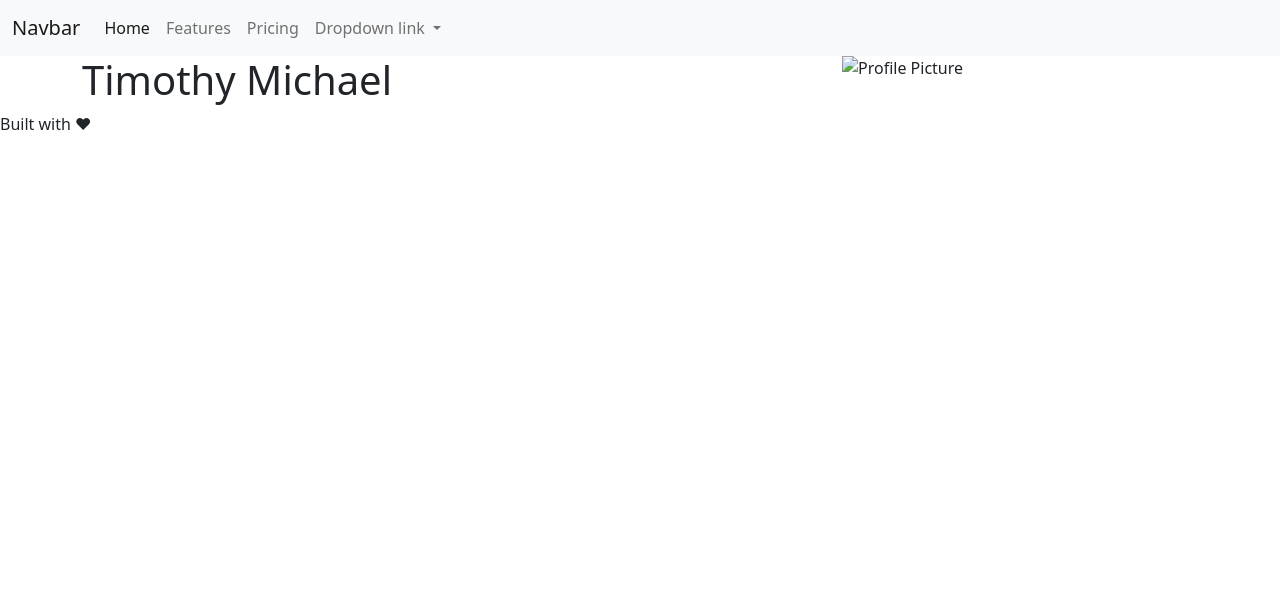
Repository: latenightsnacc/giggles
Page: HTML/freelancer.html
An editor plug-in stored every save of this project. The page is shown before and after the next save, followed by the edit.
The browser window is 1280 px wide. The pictures show the whole page.
Some web libraries are served in a nearby version.

Above is the page before, as saved 2021-01-02 10:04:07.

### HTML/freelancer.html
<!DOCTYPE html>
<html lang="en">
<head>
    <meta charset="UTF-8">
    <meta name="viewport" content="width=device-width, initial-scale=1.0">
    <link href="https://cdnjs.cloudflare.com/ajax/libs/tailwindcss/2.0.2/tailwind.min.css" rel="stylesheet">
    <link rel="stylesheet" href="https://stackpath.bootstrapcdn.com/font-awesome/4.7.0/css/font-awesome.min.css" />
    <link href="https://cdn.jsdelivr.net/npm/bootstrap@5.0.0-beta1/dist/css/bootstrap.min.css" rel="stylesheet" integrity="sha384-giJF6kkoqNQ00vy+HMDP7azOuL0xtbfIcaT9wjKHr8RbDVddVHyTfAAsrekwKmP1" crossorigin="anonymous">
    <title>Freelancer Page</title>
</head>
<body>
    <header>
        <nav class="navbar navbar-expand-lg navbar-light bg-light">
            <div class="container-fluid">
              <a class="navbar-brand" href="#">Navbar</a>
              <button class="navbar-toggler" type="button" data-bs-toggle="collapse" data-bs-target="#navbarNavDropdown" aria-controls="navbarNavDropdown" aria-expanded="false" aria-label="Toggle navigation">
                <span class="navbar-toggler-icon"></span>
              </button>
              <div class="collapse navbar-collapse" id="navbarNavDropdown">
                <ul class="navbar-nav">
                  <li class="nav-item">
                    <a class="nav-link active" aria-current="page" href="#">Home</a>
                  </li>
                  <li class="nav-item">
                    <a class="nav-link" href="#">Features</a>
                  </li>
                  <li class="nav-item">
                    <a class="nav-link" href="#">Pricing</a>
                  </li>
                  <li class="nav-item dropdown">
                    <a class="nav-link dropdown-toggle" href="#" id="navbarDropdownMenuLink" role="button" data-bs-toggle="dropdown" aria-expanded="false">
                      Dropdown link
                    </a>
                    <ul class="dropdown-menu" aria-labelledby="navbarDropdownMenuLink">
                      <li><a class="dropdown-item" href="#">Action</a></li>
                      <li><a class="dropdown-item" href="#">Another action</a></li>
                      <li><a class="dropdown-item" href="#">Something else here</a></li>
                    </ul>
                  </li>
                </ul>
              </div>
            </div>
        </nav>
    </header>
    <main>
        <div class="container">
            <div class="row">
                <div class="col-sm-12 col-md-8 col-lg-8 col-xl-8">
                    <div class="user-info">
                        <h1>Timothy Michael</h1>
                    </div>
                </div>
                <div class="col-sm-12 col-md-4 col-lg-4 col-xl-4">
                    <img src="#" alt="Profile Picture">
                </div>
            </div>
        </div>
    </main>
    <footer>Built with &hearts; </footer>
    <script src="https://cdn.jsdelivr.net/npm/bootstrap@5.0.0-beta1/dist/js/bootstrap.bundle.min.js" integrity="sha384-ygbV9kiqUc6oa4msXn9868pTtWMgiQaeYH7/t7LECLbyPA2x65Kgf80OJFdroafW" crossorigin="anonymous"></script>

</body>
</html>

After the next save:
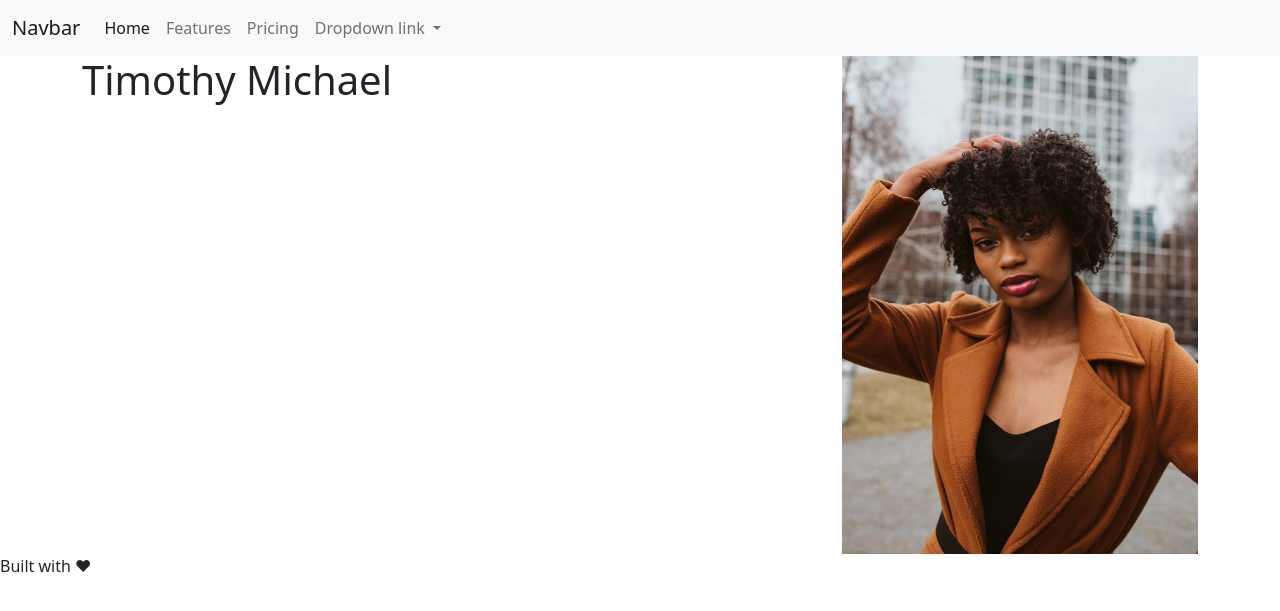
Saved 5 min 47 s later.
--- a/HTML/freelancer.html
+++ b/HTML/freelancer.html
@@ -51,7 +51,7 @@
                     </div>
                 </div>
                 <div class="col-sm-12 col-md-4 col-lg-4 col-xl-4">
-                    <img src="#" alt="Profile Picture">
+                    <img src="assets/userDp.jpg" alt="Profile Picture">
                 </div>
             </div>
         </div>
